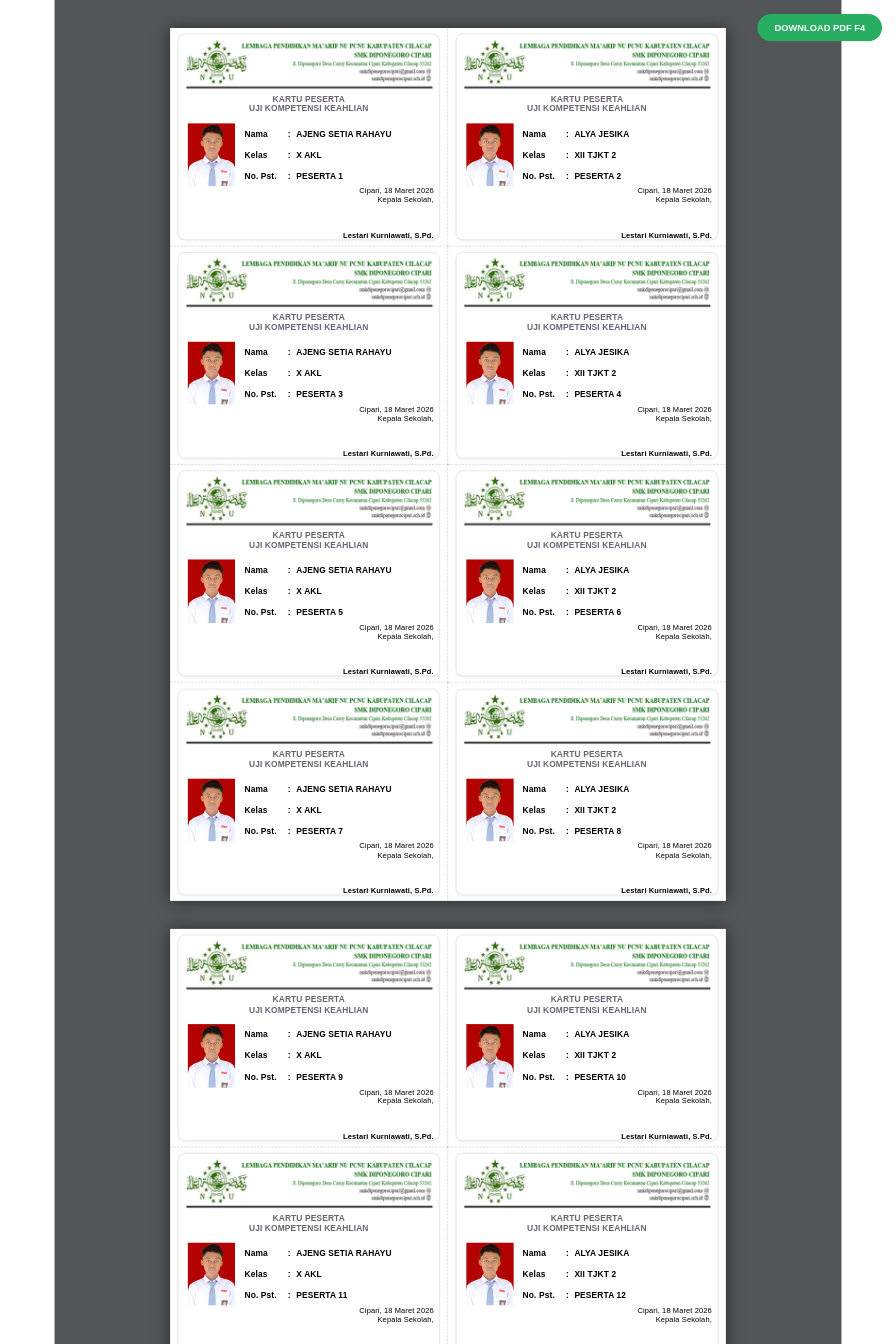
Repository: UsmanAzizz/generator-kartu-tes
Page: /
An editor plug-in stored every save of this project. The page is shown before and after the next save, followed by the edit.
The browser window is 1280 px wide. The pictures show the part of the page from y = 0 to 1920 px (the page is 2654 px tall), at 70% of full size.
The project was rebuilt for these pictures with package versions that can differ from the ones it lists, and the page was loaded fresh each time. Also part of the build but not shown: vite.config.js.

Above is the page before, as saved 2026-03-18 16:24:32.

### index.html
<!doctype html>
<html lang="en">
  <head>
    <meta charset="UTF-8" />
    <link rel="icon" type="image/svg+xml" href="/favicon.svg" />
    <meta name="viewport" content="width=device-width, initial-scale=1.0" />
    <title>generator-kartu</title>
  </head>
  <body>
    <div id="root"></div>
    <script type="module" src="/src/main.jsx"></script>
  </body>
</html>

### src/index.css
:root {
  --text: #6b6375;
  --text-h: #08060d;
  --bg: #fff;
  --border: #e5e4e7;
  --code-bg: #f4f3ec;
  --accent: #aa3bff;
  --accent-bg: rgba(170, 59, 255, 0.1);
  --accent-border: rgba(170, 59, 255, 0.5);
  --social-bg: rgba(244, 243, 236, 0.5);
  --shadow:
    rgba(0, 0, 0, 0.1) 0 10px 15px -3px, rgba(0, 0, 0, 0.05) 0 4px 6px -2px;

  --sans: system-ui, 'Segoe UI', Roboto, sans-serif;
  --heading: system-ui, 'Segoe UI', Roboto, sans-serif;
  --mono: ui-monospace, Consolas, monospace;

  font: 18px/145% var(--sans);
  letter-spacing: 0.18px;
  color-scheme: light dark;
  color: var(--text);
  background: var(--bg);
  font-synthesis: none;
  text-rendering: optimizeLegibility;
  -webkit-font-smoothing: antialiased;
  -moz-osx-font-smoothing: grayscale;

  @media (max-width: 1024px) {
    font-size: 16px;
  }
}

@media (prefers-color-scheme: dark) {
  :root {
    --text: #9ca3af;
    --text-h: #f3f4f6;
    --bg: #16171d;
    --border: #2e303a;
    --code-bg: #1f2028;
    --accent: #c084fc;
    --accent-bg: rgba(192, 132, 252, 0.15);
    --accent-border: rgba(192, 132, 252, 0.5);
    --social-bg: rgba(47, 48, 58, 0.5);
    --shadow:
      rgba(0, 0, 0, 0.4) 0 10px 15px -3px, rgba(0, 0, 0, 0.25) 0 4px 6px -2px;
  }

  #social .button-icon {
    filter: invert(1) brightness(2);
  }
}

body {
  margin: 0;
}

#root {
  width: 1126px;
  max-width: 100%;
  margin: 0 auto;
  text-align: center;
  border-inline: 1px solid var(--border);
  min-height: 100svh;
  display: flex;
  flex-direction: column;
  box-sizing: border-box;
}

h1,
h2 {
  font-family: var(--heading);
  font-weight: 500;
  color: var(--text-h);
}

h1 {
  font-size: 56px;
  letter-spacing: -1.68px;
  margin: 32px 0;
  @media (max-width: 1024px) {
    font-size: 36px;
    margin: 20px 0;
  }
}
h2 {
  font-size: 24px;
  line-height: 118%;
  letter-spacing: -0.24px;
  margin: 0 0 8px;
  @media (max-width: 1024px) {
    font-size: 20px;
  }
}
p {
  margin: 0;
}

code,
.counter {
  font-family: var(--mono);
  display: inline-flex;
  border-radius: 4px;
  color: var(--text-h);
}

code {
  font-size: 15px;
  line-height: 135%;
  padding: 4px 8px;
  background: var(--code-bg);
}

### src/App.jsx
import { useState, useRef } from 'react';
import jsPDF from 'jspdf';
import html2canvas from 'html2canvas';

import kopImage from './image.png';
import dummyFoto from './aji.jpg';

function App() {
  const [students] = useState(Array.from({ length: 16 }, (_, i) => ({
    id: i + 1,
    nama: i % 2 === 0 ? "AJENG SETIA RAHAYU" : "ALYA JESIKA",
    kelas: i % 2 === 0 ? "X AKL" : "XII TJKT 2",
    username: `PESERTA ${i + 1}`,

    noPst: `2025/UKK/${100 + i}`,
    foto: dummyFoto
  })));

  const contentRef = useRef(null);

  const downloadPDF = async () => {
    const element = contentRef.current;
    const pdf = new jsPDF('p', 'mm', [210, 330]);

    const pages = element.querySelectorAll('.page-break');

    for (let i = 0; i < pages.length; i++) {
      const canvas = await html2canvas(pages[i], {
        scale: 3,
        useCORS: true,
        logging: false
      });
      const imgData = canvas.toDataURL('image/png');
      if (i > 0) pdf.addPage('p', 'mm', [210, 330]);
      pdf.addImage(imgData, 'PNG', 0, 0, 210, 330);
    }
    pdf.save("kartu-peserta-ukk-f4.pdf");
  };

  const styles = {
    wrapper: {
      backgroundColor: '#525659',
      padding: '40px 0',
      minHeight: '100vh',
      fontFamily: 'Arial, sans-serif'
    },
    page: {
      width: '210mm',
      height: '330mm',
      backgroundColor: 'white',
      margin: '0 auto 40px auto',
      display: 'grid',
      gridTemplateColumns: 'repeat(2, 1fr)',
      gridTemplateRows: 'repeat(4, 1fr)',
      boxSizing: 'border-box',
      boxShadow: '0 0 20px rgba(0,0,0,0.5)',
      overflow: 'hidden',
    },
    // LOGIKA GARIS POTONG DALAM SAJA
    cardSlot: (index) => ({
      display: 'flex',
      alignItems: 'center',
      justifyContent: 'center',
      boxSizing: 'border-box',
      height: '100%',
      width: '100%',
      // Garis putus-putus hanya di sisi dalam (tengah horizontal & vertikal)
      borderRight: (index % 2 === 0) ? '0.5mm dashed #ccc' : 'none',
      borderBottom: (index < 6) ? '0.5mm dashed #ccc' : 'none',
    }),
    card: {
      width: '99mm',
      height: '78mm',
      backgroundColor: 'white',
      border: '1px solid #ddd',
      borderRadius: '10px',
      padding: '2mm',
      boxSizing: 'border-box',
      display: 'flex',
      flexDirection: 'column',
      position: 'relative',
      boxShadow: '0 2px 4px rgba(0,0,0,0.05)',
    },
    headerKop: { width: '100%', marginBottom: '6px' },
    titleSection: { textAlign: 'center', marginBottom: '8px' },
    titleText: { fontSize: '9pt', fontWeight: 'bold', margin: '0', lineHeight: '1.2' },
    mainContent: { display: 'flex', gap: '12px', marginTop: '5px' },
    fotoWrapper: {
      width: '18mm',
      height: '24mm',
      flexShrink: 0,
      overflow: 'hidden',
      marginLeft: '1.5mm'
    },
  infoTable: {
      fontSize: '9pt',
      fontWeight: 'bold',
      width: '100%',
      height: '100%',
      textAlign: 'left',
      borderCollapse: 'collapse',
      color: '#000'

    },
    footerArea: {
      marginTop: 'auto',
      textAlign: 'right',
      fontSize: '8pt',
      lineHeight: '1.2',
        color: '#000'
    },
    signature: { fontWeight: 'bold', marginTop: '10mm' },
    btnDownload: {
      position: 'fixed', top: '20px', right: '20px', padding: '12px 24px',
      backgroundColor: '#27ae60', color: 'white', border: 'none', borderRadius: '30px',
      cursor: 'pointer', fontWeight: 'bold', zIndex: 1000
    }
  };

  const chunkData = (arr, size) => {
    return Array.from({ length: Math.ceil(arr.length / size) }, (v, i) =>
      arr.slice(i * size, i * size + size)
    );
  };

  const pages = chunkData(students, 8);

  return (
    <div style={styles.wrapper}>
      <button style={styles.btnDownload} onClick={downloadPDF}>DOWNLOAD PDF F4</button>
      <div ref={contentRef}>
        {pages.map((pageStudents, pageIdx) => (
          <div key={pageIdx} className="page-break" style={styles.page}>
            {pageStudents.map((std, index) => (
              <div key={std.id} style={styles.cardSlot(index)}>
                <div style={styles.card}>
                  <img src={kopImage} alt="KOP" style={styles.headerKop} />
                  <div style={styles.titleSection}>
                    <p style={styles.titleText}>KARTU PESERTA</p>
                    <p style={styles.titleText}>UJI KOMPETENSI KEAHLIAN</p>
                  </div>
                  <div style={styles.mainContent}>
                    <div style={styles.fotoWrapper}>
                      <img src={std.foto} alt="User" style={{width: '100%', height: '100%', objectFit: 'cover'}} />
                    </div>
                    <table style={styles.infoTable}>
                      <tbody>
                        <tr><td width="60">Nama</td><td width="10">:</td><td>{std.nama}</td></tr>
                        <tr><td>Kelas</td><td>:</td><td>{std.kelas}</td></tr>
                        <tr><td>No. Pst.</td><td>:</td><td>{std.username}</td></tr>

                      </tbody>
                    </table>
                  </div>
                  {/* Kotak Ruang seperti di contoh */}

                  <div style={styles.footerArea}>
                    <div>Cipari, 18 Maret 2026</div>
                    <div>Kepala Sekolah,</div>
                    <div style={styles.signature}>Lestari Kurniawati, S.Pd.</div>
                  </div>
                </div>
              </div>
            ))}
          </div>
        ))}
      </div>
    </div>
  );
}

export default App;

Loaded but not shown: src/main.jsx (common file)

After the next save:
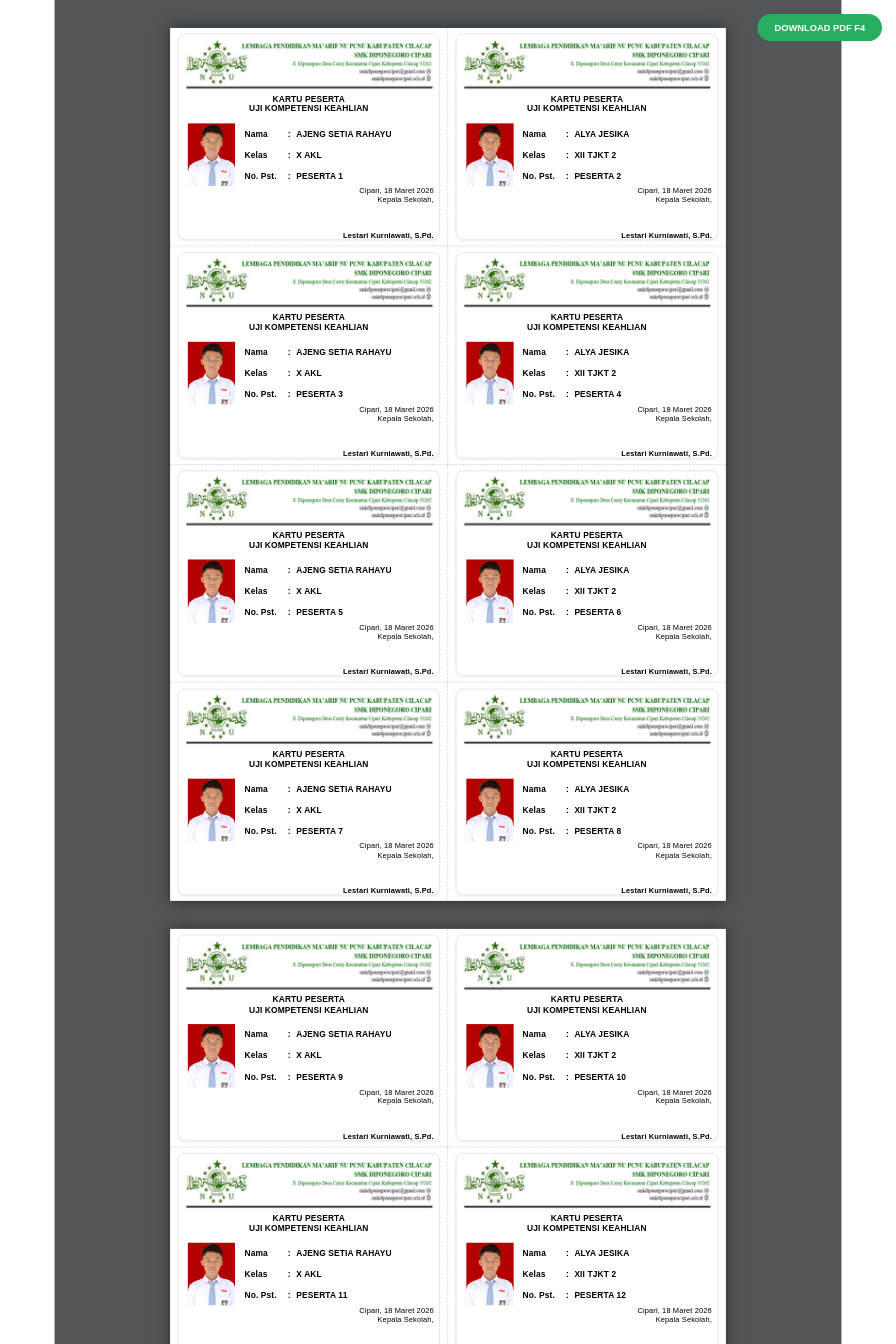
Saved 28 s later.
--- a/src/App.jsx
+++ b/src/App.jsx
@@ -83,7 +83,7 @@
     },
     headerKop: { width: '100%', marginBottom: '6px' },
     titleSection: { textAlign: 'center', marginBottom: '8px' },
-    titleText: { fontSize: '9pt', fontWeight: 'bold', margin: '0', lineHeight: '1.2' },
+    titleText: { fontSize: '9pt', fontWeight: 'bold', margin: '0', lineHeight: '1.2',   color: '#000' },
     mainContent: { display: 'flex', gap: '12px', marginTop: '5px' },
     fotoWrapper: {
       width: '18mm',
